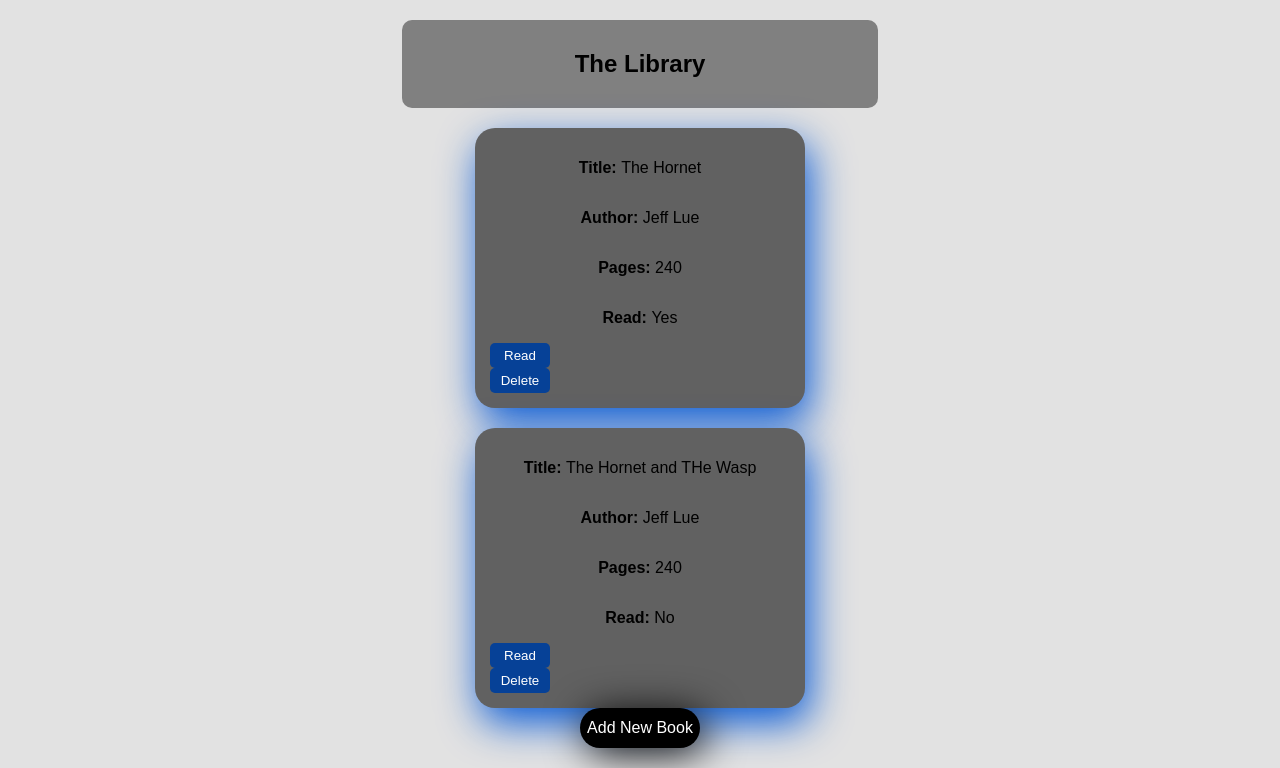
Repository: ErvinClay13/Library
Page: index.html
These files come from the project's save history. The page is drawn as it stood at one moment and after a run of saves; the edit follows.
The browser window is 1280 px wide. The pictures show the whole page.

Above is the page before, as saved 2025-01-11 05:02:41.

### index.html
<!DOCTYPE html>
<html lang="en">
<head>
    <meta charset="UTF-8">
    <meta name="viewport" content="width=device-width, initial-scale=1.0">
    <link rel="stylesheet" href="style.css">
    <link
      rel="icon"
      type="image/png"
      sizes="32x32"
      href="images/myLogo.png"
    />
    <title>The Library</title>
</head>
<body>
    <div class="container">
        <div class="heading">
            <h2>The Library</h2>
        </div>

            <div class="content" id="content"></div>

            <dialog id="myDialog">
                <div class="input">
                <form method="dialog" id="form">
                    <label for="title">Title</label>
                    <input type="text"
                           id="title"
                           name="title"
                           required>

                    <label for="author">Author</label>
                    <input type="text"
                           id="author"
                           name="author"
                           required>

                    <label for="pages">Pages</label>
                    <input type="number"
                           id="pages"
                           name="pages"
                           required>

                    <label for="read">Read</label>
                    <input type="checkbox"
                           name="read"
                           id="isRead">

                    <button type="submit" id="submit">Submit</button>
                    <div class="cancel" id="cancel">Cancel</div>


                </form>
            </div>
        </dialog>
        <footer><button id="addBook">Add New Book</button></footer>
    </div>

    <script src="script.js"></script>
</body>
</html>

### style.css
body {
    display: flex;
    justify-content: center;
    align-items: center;
    flex-direction: column;
    /* background-color: white; */
    background-color: rgb(226, 226, 226);
    margin: 0;
    font-family: Arial, sans-serif;
}

.container {
    display: flex;
    flex-direction: column;
    align-items: center;
    padding: 20px;
}

.heading {
    display: flex;
    justify-content: space-between;
    justify-content: center;
    background-color: gray;
    /* background-color: #42669df5; */
    /* box-shadow: 5px 5px 40px #0055d4f5; */
    width: 100%;
    max-width: 800px;
    padding: 10px 20px;
    border-radius: 10px;
    margin-bottom: 20px;
}

#addBook {
    /* background-color: #03409af5; */
    background-color: black;
    box-shadow: 5px 5px 40px black;
    height: 40px;
    width: 120px;
    border-radius: 20px;
    border: none;
    font-size: 16px;
    color: white;
    cursor: pointer;
}

#addBook:hover {
    transform: scale(1.1);
    box-shadow: 2px 5px 40px black;
}

#content {
    display: flex;
    flex-wrap: wrap;
    gap: 20px;
    justify-content: center;
    width: 100%;
}

.card {
    display: flex;
    flex-direction: column;
    justify-content: space-between;
    text-align: center;
    border-radius: 20px;
    padding: 15px;
    /* background-color: #42669df5; */
    background-color: rgb(97, 97, 97);
    width: 100%;
    max-width: 300px;
    box-shadow: 5px 15px 40px #0055d4f5;
}

.card-details {
    margin-bottom: 10px;
}

.read, .delete {
    flex: 1;
    padding: 5px 10px;
    border: none;
    border-radius: 5px;
    color: white;
    background-color: #03409af5;
    cursor: pointer;
    width: 60px;
}

.read:hover, .delete:hover {
    background-color: #254a81f5;
}

.read:active, .delete:active {
    background-color: #42669df5;
}

dialog {
    background-color: #fefefe;
    padding: 20px;
    border: none;
    border-radius: 10px;
    box-shadow: 0px 5px 15px rgba(0, 0, 0, 0.5);
}

form {
    display: flex;
    flex-direction: column;
    gap: 10px;
}

input[type="text"], input[type="number"] {
    padding: 5px;
    border-radius: 5px;
    border: 1px solid #ccc;
}

button {
    cursor: pointer;
}

/* Responsive Styles */
@media (max-width: 768px) {
    .heading {
        flex-direction: column;
        align-items: center;
    }

    #content {
        gap: 15px;
    }

    .card {
        max-width: 100%;
    }
}

### script.js
const dialog = document.getElementById('myDialog');
const form = document.getElementById('form');
const content = document.getElementById('content');
const submit = document.getElementById('submit');
const addBook = document.getElementById('addBook');
const cancel = document.getElementById('cancel');

const myLibrary = [];

const theHornet = new Book('The Hornet', 'Jeff Lue', 240, true);
const theHornetAndTheWasp = new Book('The Hornet and THe Wasp', 'Jeff Lue', 240, false);

myLibrary.push(theHornet);
myLibrary.push(theHornetAndTheWasp);


function Book(title, author, pages, read) {
    this.title = title;
    this.author = author;
    this.pages = pages;
    this.read = read;
}

Book.prototype.info = function() {
    return `${this.title} ${this.author} ${this.pages} ${this.read}`;
}


Book.prototype.toggleRead = function() {
    this.read = !this.read;
}



addBook.addEventListener("click", () => {
    dialog.showModal();
});

cancel.addEventListener("click", () => {
    dialog.close();
});

submit.addEventListener("click", (event) => {
    event.preventDefault();

    const title = document.getElementById('title').value;
    const author = document.getElementById('author').value;
    const pages = document.getElementById('pages').value;
    const read = document.getElementById('isRead').checked;

    const newBook = new Book(title, author, pages, read);
    myLibrary.push(newBook);

    form.reset();
    showBooks();
    dialog.close();
});

function showBooks() {

    content.innerHTML = '';

    myLibrary.forEach((book, index) => {                   //going through the array myLibrary
        const card = document.createElement('div');        //creating a new card for each book created through the modal
        card.classList.add('card');                        //adding card to the class

        card.innerHTML =                                      //creating the text that will be displayed on the card
            `<p><strong>Title: </strong>${book.title}</p>
             <p><strong>Author: </strong>${book.author}</p>
             <p><strong>Pages: </strong>${book.pages}</p>
             <p><strong>Read: </strong>${book.read ? 'Yes' : 'No'}</p>`;   //using the user input to create the new book on the card

        const deleteBtn = document.createElement('button');
        deleteBtn.classList.add('delete');
        deleteBtn.textContent = ('Delete');

        deleteBtn.addEventListener("click", () => {
            myLibrary.splice(index, 1);
            showBooks();
        });

        const read = document.createElement('button');
        read.classList.add('read');
        read.textContent = ('Read');

        read.addEventListener("click", () => {
            book.toggleRead();
            showBooks();
        });

        card.appendChild(read);
        card.appendChild(deleteBtn);
        content.appendChild(card);


    })
}

showBooks();

After the next 2 saves:
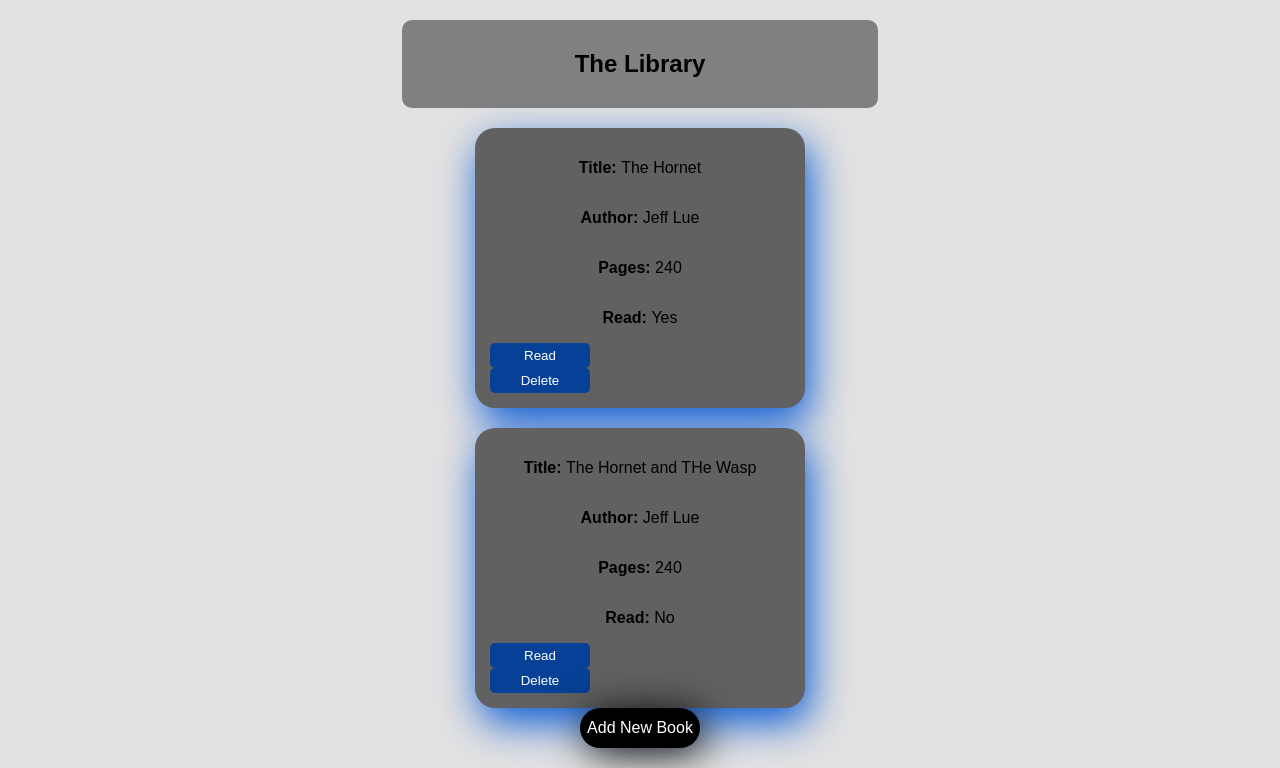
The 2 saves are shown as one change because they came seconds apart.
The last was saved 10 s later.
--- a/style.css
+++ b/style.css
@@ -82,7 +82,7 @@ body {
     color: white;
     background-color: #03409af5;
     cursor: pointer;
-    width: 60px;
+    width: 100px;
 }
 
 .read:hover, .delete:hover {
